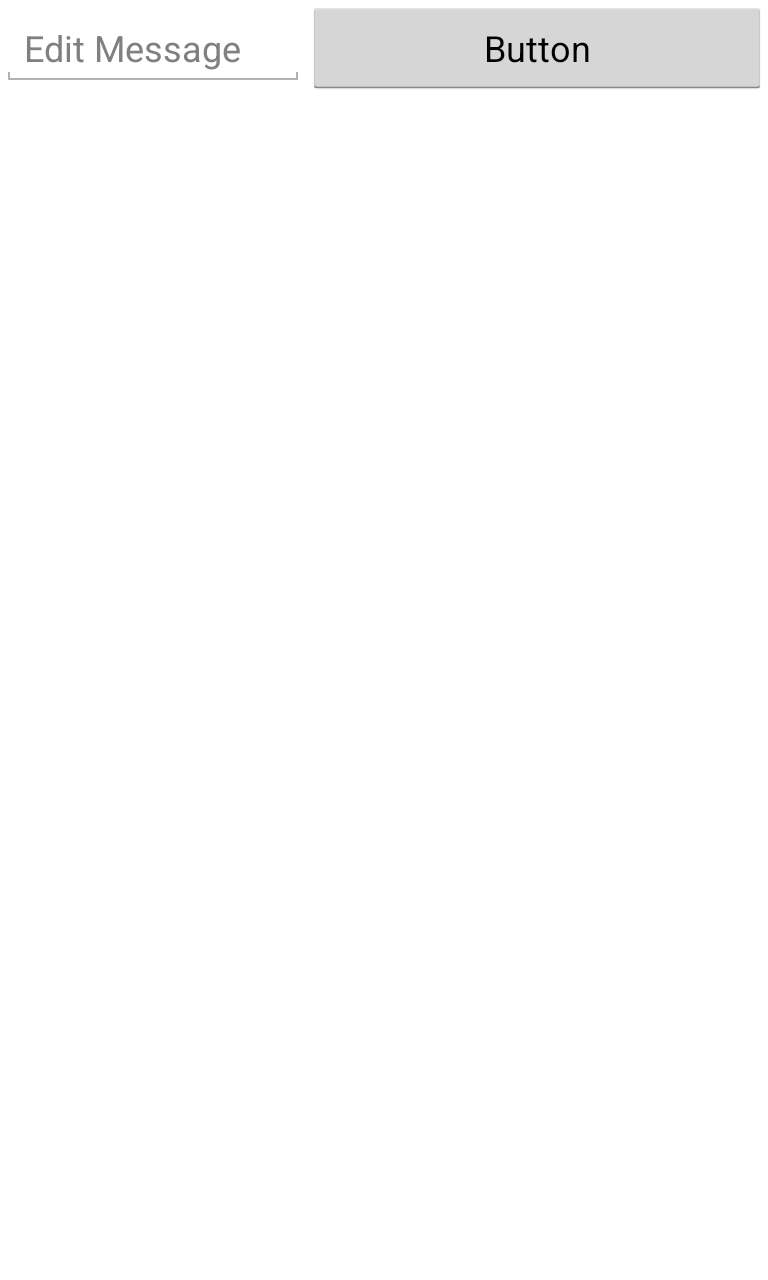
Repository: alokranjan04/ewireless5_practical
Layout: SecondProject/res/layout/activity_main.xml
These files come from the project's save history. The layout is drawn as it stood at one moment and after the next save; the edit follows.
It is drawn on a 768 x 1280 px phone screen (xhdpi) without system bars, with theme AppTheme; the app's code is not run.

Above is the layout before, as saved 2014-02-08 18:03:34.

### SecondProject/res/layout/activity_main.xml
<LinearLayout xmlns:android="http://schemas.android.com/apk/res/android"
    xmlns:tools="http://schemas.android.com/tools"
    android:layout_width="match_parent"
    android:layout_height="match_parent"
	android:orientation="horizontal" >

<!--     <TextView -->
<!--         android:layout_width="wrap_content" -->
<!--         android:layout_height="wrap_content" -->
<!--         android:text="@string/hello_world" /> -->

<EditText
        android:id="@+id/edit_message"
        android:layout_width="0dp"
        android:layout_height="wrap_content"
        android:layout_weight="1"
        android:hint="@string/edit_message" />
    <Button
        android:id="@+id/button1"
        android:layout_width="wrap_content"
        android:layout_height="wrap_content"
        android:layout_weight="1"
        android:text="Button" />



</LinearLayout>

### SecondProject/res/values/strings.xml
<?xml version="1.0" encoding="utf-8"?>
<resources>

    <string name="app_name">SecondProject</string>
    <string name="action_settings">Settings</string>
    <string name="hello_world">Hello world!</string>
    <string name="edit_message">Edit Message</string>
    <string name="button_send">SEND</string>

</resources>

Loaded but not shown: SecondProject/res/values/styles.xml (common file); SecondProject/res/values-v11/styles.xml (common file); SecondProject/res/values-v14/styles.xml (common file)

After the next save:
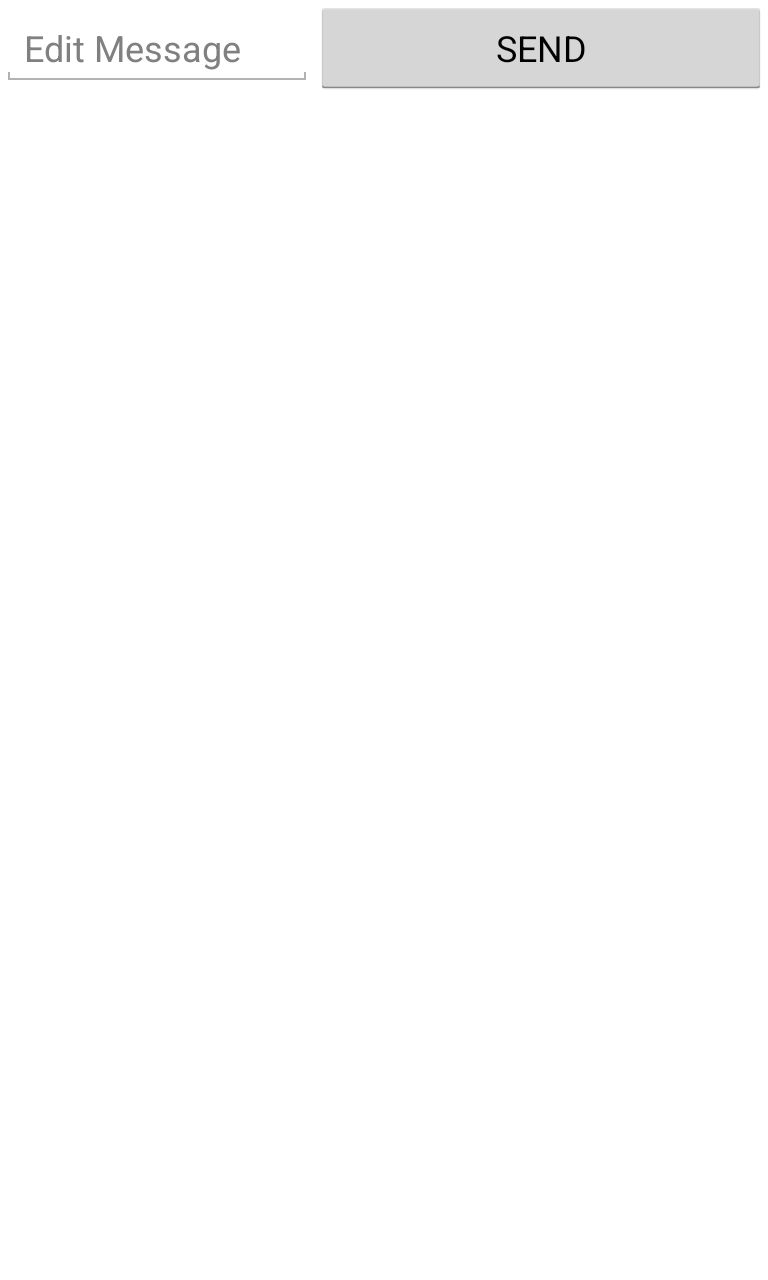
Saved 2 min 9 s later.
--- a/SecondProject/res/layout/activity_main.xml
+++ b/SecondProject/res/layout/activity_main.xml
@@ -15,13 +15,13 @@
         android:layout_height="wrap_content"
         android:layout_weight="1"
         android:hint="@string/edit_message" />
+
     <Button
         android:id="@+id/button1"
         android:layout_width="wrap_content"
         android:layout_height="wrap_content"
         android:layout_weight="1"
-        android:text="Button" />
-
-
+        android:text="@string/button_send"
+        android:onClick="sendMessage"/>
 
 </LinearLayout>
